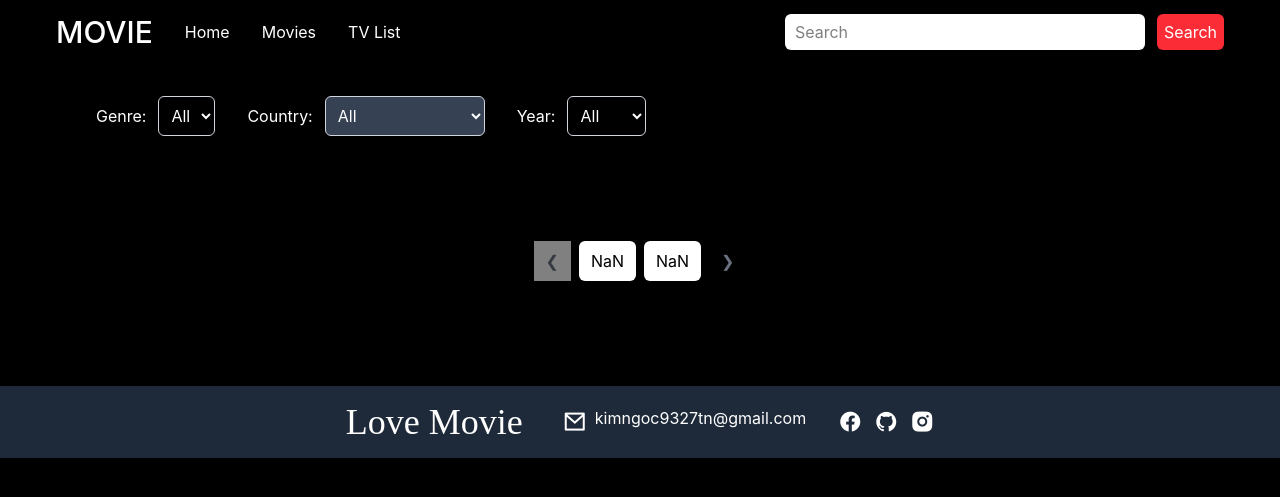
Repository: kimngoc9327/Love_Movie_Project
Page: /search
The author's editor kept a copy of each file at every save. The page is drawn from the files as they stood at one save, then again after the next save.
The browser window is 1280 px wide. The pictures show the whole page.
The page's requests for data from a server got no answer. The project was rebuilt for these pictures with package versions that can differ from the ones it lists, and the page was loaded fresh each time. No one was signed in, and anything a server would have sent is missing. Also part of the build but not shown: vite.config.js, src/components/ui/VoteAverage.jsx, src/components/ui/MovieCard.jsx, src/components/ui/MovieList.jsx, src/components/ui/Banner.jsx, src/pages/Home.jsx, src/pages/MovieCategory.jsx, src/components/ui/PlayTrailerButton.jsx and 6 more.

Above is the page before, as saved 2025-03-29 18:13:10.

### index.html
<!DOCTYPE html>
<html lang="en">
  <head>
    <meta charset="UTF-8" />
    <link rel="icon" type="image/svg+xml" href="/love-movie-logo.ico" />
    <meta name="viewport" content="width=device-width, initial-scale=1.0" />
    <title>Love Movie</title>
  </head>
  <body>
    <div id="root"></div>
    <script type="module" src="/src/main.jsx"></script>
  </body>
</html>

### src/main.jsx
import { createRoot } from "react-dom/client";
import "./index.css";
import App from "./App.jsx";
import { store } from "./redux/store";
import { Provider } from "react-redux";
import { BrowserRouter } from "react-router-dom";

createRoot(document.getElementById("root")).render(
  <BrowserRouter>
    <Provider store={store}>
      <App />
    </Provider>
  </BrowserRouter>
);

### src/index.css
@import "tailwindcss";
@import "remixicon/fonts/remixicon.css";

:root {
  font-family: Inter, system-ui, Avenir, Helvetica, Arial, sans-serif;
  background-color: black;
}

/* a {
  font-weight: 500;
  color: #646cff;
  text-decoration: inherit;
}
a:hover {
  color: #535bf2;
}

body {
  margin: 0;
  display: flex;
  place-items: center;
  min-width: 320px;
  min-height: 100vh;
}

h1 {
  font-size: 3.2em;
  line-height: 1.1;
}

button {
  border-radius: 8px;
  border: 1px solid transparent;
  padding: 0.6em 1.2em;
  font-size: 1em;
  font-weight: 500;
  font-family: inherit;
  background-color: #1a1a1a;
  cursor: pointer;
  transition: border-color 0.25s;
}
button:hover {
  border-color: #646cff;
}
button:focus,
button:focus-visible {
  outline: 4px auto -webkit-focus-ring-color;
}

@media (prefers-color-scheme: light) {
  :root {
    color: #213547;
    background-color: #ffffff;
  }
  a:hover {
    color: #747bff;
  }
  button {
    background-color: #f9f9f9;
  }
} */

### src/App.jsx
import { Route, Routes } from "react-router-dom";
import publicRoutes from "./routes";
import DefaultLayout from "./components/layout/DefaultLayout";
import { Fragment } from "react";
function App() {
  return (
    <>
      <Routes>
        {publicRoutes.map((route, index) => {
          const Page = route.component;
          let Layout = DefaultLayout;
          if (route.layout) {
            Layout = route.layout;
          } else if (route.layout === null) {
            Layout = Fragment;
          }
          return (
            <Route
              key={index}
              path={route.path}
              element={
                <Layout>
                  <Page />
                </Layout>
              }
            />
          );
        })}
      </Routes>
    </>
  );
}

export default App;

### src/redux/store.jsx
import { createStore, applyMiddleware } from "redux";
import { rootReducer } from "./rootReducer";
import { thunk } from "redux-thunk";

const store = createStore(rootReducer, applyMiddleware(thunk));

export { store };

### src/routes/index.jsx
import DefaultLayout from "../components/layout/DefaultLayout";
import Home from "../pages/Home";
import MovieCategory from "../pages/MovieCategory";
import Movie from "../pages/Movie";
import MovieGenre from "../pages/MovieGenre";
import SearchMovie from "../pages/SearchMovie";
// import SearchMovie from "../pages/SearchMovie";

const publicRoutes = [
  { path: "/", component: Home, layout: DefaultLayout },
  { path: "/genre", component: MovieGenre, layout: DefaultLayout },
  { path: "/movieCategory", component: MovieCategory, layout: DefaultLayout },
  { path: "/movie", component: Movie, layout: DefaultLayout },
  { path: "/search", component: SearchMovie, layout: DefaultLayout },
];

export default publicRoutes;

### src/components/layout/DefaultLayout.jsx
import Header from "./Header";
import Footer from "./Footer";
import PropTypes from "prop-types";

function DefaultLayout({ children }) {
  return (
    <div>
      <Header />
      <div>{children}</div>
      <Footer />
    </div>
  );
}

DefaultLayout.propTypes = {
  children: PropTypes.any,
};

export default DefaultLayout;

### src/redux/rootReducer.jsx
import { combineReducers } from "redux";
import movieReducer from "./reducer/movieReducer";

export const rootReducer = combineReducers({
  movieReducer,
});

### src/pages/SearchMovie.jsx
import { useEffect, useState } from "react";
import { useDispatch, useSelector } from "react-redux";
import { useLocation, useNavigate } from "react-router-dom";
import { searchMovie } from "../redux/actions/movieActions";
import MovieCard from "../components/ui/MovieCard";
import { POSTER_PATH } from "../constants/constants";
import PaginationButton from "../components/ui/PaginationButton";
import MovieFilterBar from "../components/ui/MovieFilterBar";

function SearchMovie() {
  const dispatch = useDispatch();
  const location = useLocation();
  const navigate = useNavigate();

  const queryParams = new URLSearchParams(location.search);
  const query = queryParams.get("query");
  const movies = useSelector((state) => state.movieReducer.search);
  const [page, setPage] = useState(1);

  useEffect(() => {
    if (query) {
      const params = {
        page: page,
        query: query,
      };
      dispatch(searchMovie(params));
    }
  }, [dispatch, query, page]);

  useEffect(() => {
    console.log(movies);
  });

  const totalPages = movies?.total_pages;

  const handleSelectMovie = (id) => {
    navigate(`/movie?id=${id}`);
  };

  return (
    <div className="flex flex-col items-center  m-24 ">
      <MovieFilterBar />

      <div className="grid grid-cols-4 gap-8  my-12">
        {movies?.results
          ?.filter((movie) => movie.title && movie.poster_path)
          .map((movie) => (
            <div onClick={() => handleSelectMovie(movie?.id)} key={movie.id}>
              <MovieCard
                title={movie?.title}
                poster={POSTER_PATH + movie?.poster_path}
                vote={Number(movie?.vote_average.toFixed(2))}
              />
            </div>
          ))}
      </div>
      <PaginationButton
        currentPage={page}
        onPageChange={setPage}
        totalPages={totalPages}
      />
    </div>
  );
}

export default SearchMovie;

### src/components/layout/Header.jsx
import { Link } from "react-router-dom";
import MovieDropdown from "../ui/MovieDropdown";
import SearchInput from "../ui/SearchInput";

const Header = () => {
  return (
    <div className="flex fixed z-50 w-screen top-0 items-center text-white p-[24px] h-[64px] bg-black">
      <div className="flex space-x-8 items-center ml-8">
        <Link to="/">
          <p className="hover:text-red-500 font-medium text-3xl">MOVIE</p>
        </Link>
        <Link to="/">
          <p className="hover:text-red-500 text-base">Home</p>
        </Link>
        <MovieDropdown />
        <p className="hover:text-red-500  text-base">TV List</p>
      </div>
      <SearchInput />
    </div>
  );
};

export default Header;

### src/components/layout/Footer.jsx
function Footer() {
  return (
    <div className="flex space-x-10 mt-12 p-4 items-center justify-center text-white bg-gray-800">
      <p className="font-[fantasy] text-4xl ">Love Movie</p>
      <div className="flex space-x-8">
        <div className="space-y-3">
          <div className="flex space-x-2">
            <i className="ri-mail-line text-2xl"></i>{" "}
            <p>kimngoc9327tn@gmail.com</p>
          </div>
        </div>
        <div className="flex space-x-3">
          <i className="ri-facebook-circle-fill  text-2xl"></i>
          <i className="ri-github-fill  text-2xl"></i>
          <i className="ri-instagram-fill  text-2xl"></i>
        </div>
      </div>
    </div>
  );
}

export default Footer;

### src/redux/reducer/movieReducer.jsx
import {
  GET_GENRE_MOVIE,
  GET_MOVIE,
  GET_MOVIE_COLLECTION,
  GET_MOVIE_DISCOVER,
  GET_MOVIES,
  SEARCH_MOVIE,
} from "../types";

const initialState = {
  movies: {},
  genres: {},
  search: {},
  collection: null,
  currentMovie: null,
};

const movieReducer = (state = initialState, action) => {
  switch (action.type) {
    case GET_MOVIES:
      return {
        ...state,
        movies: { ...state.movies, [action.category]: action.payload },
      };
    case GET_MOVIE_DISCOVER:
      return { ...state, movies: action.payload };
    case GET_MOVIE_COLLECTION:
      return { ...state, collection: action.payload };
    case GET_GENRE_MOVIE:
      return { ...state, genres: action.payload };
    case SEARCH_MOVIE:
      return { ...state, search: action.payload };
    case GET_MOVIE:
      return { ...state, currentMovie: action.payload };
    default:
      return state;
  }
};

export default movieReducer;

### src/redux/actions/movieActions.jsx
import axios from "axios";
import {
  GET_MOVIES,
  GET_MOVIE,
  GET_MOVIE_DISCOVER,
  GET_GENRE_MOVIE,
  GET_MOVIE_COLLECTION,
  SEARCH_MOVIE,
} from "../types";
import { AUTH_TOKEN, BASE_URL } from "../../constants/constants";

const getMovies =
  (category, params = {}) =>
  async (dispatch) => {
    try {
      const response = await axios.get(`${BASE_URL}/movie/${category}`, {
        headers: {
          Authorization: `Bearer ${AUTH_TOKEN}`,
        },
        params: {
          ...params,
        },
      });

      dispatch({ type: GET_MOVIES, payload: response.data, category });
    } catch (error) {
      console.error(error);
    }
  };

const getMovieDiscover =
  (params = {}) =>
  async (dispatch) => {
    try {
      const response = await axios.get(`${BASE_URL}/discover/movie`, {
        headers: {
          Authorization: `Bearer ${import.meta.env.VITE_API_TOKEN}`,
        },
        params: {
          ...params,
        },
      });

      dispatch({ type: GET_MOVIE_DISCOVER, payload: response.data });
    } catch (error) {
      console.log(error);
    }
  };

const getGenreMovie = () => async (dispatch) => {
  try {
    const response = await axios.get(`${BASE_URL}/genre/movie/list`, {
      headers: {
        Authorization: `Bearer ${AUTH_TOKEN}`,
      },
    });

    dispatch({ type: GET_GENRE_MOVIE, payload: response.data });
  } catch (error) {
    console.log(error);
  }
};

const getMovieCollection = (id) => async (dispatch) => {
  try {
    const response = await axios.get(`${BASE_URL}/collection/${id}`, {
      headers: {
        Authorization: `Bearer ${AUTH_TOKEN}`,
      },
    });
    dispatch({ type: GET_MOVIE_COLLECTION, payload: response.data });
  } catch (error) {
    console.log(error);
  }
};

const searchMovie =
  (params = {}) =>
  async (dispatch) => {
    try {
      const response = await axios.get(`${BASE_URL}/search/movie`, {
        headers: {
          Authorization: `Bearer ${AUTH_TOKEN}`,
        },
        params: {
          ...params,
        },
      });

      dispatch({ type: SEARCH_MOVIE, payload: response.data });
    } catch (error) {
      console.log(error);
    }
  };

const getMovie = (id) => async (dispatch) => {
  try {
    const response = await axios.get(`${BASE_URL}/movie/${id}`, {
      headers: {
        Authorization: `Bearer ${AUTH_TOKEN}`,
      },
      params: {
        append_to_response: "videos,translations,casts",
        language: "en-US",
      },
    });

    dispatch({ type: GET_MOVIE, payload: response.data });
  } catch (error) {
    console.log(error);
  }
};

export {
  getMovies,
  getMovie,
  getMovieDiscover,
  getGenreMovie,
  getMovieCollection,
  searchMovie,
};

### src/constants/constants.jsx
export const API_KEY = import.meta.env.VITE_API_KEY;
export const AUTH_TOKEN = import.meta.env.VITE_API_TOKEN;
export const DEFAULT_IMAGE =
  "https://www.themoviedb.org/assets/2/v4/glyphicons/basic/glyphicons-basic-38-picture-grey-c2ebdbb057f2a7614185931650f8cee23fa137b93812ccb132b9df511df1cfac.svg";
export const POSTER_PATH = `https://image.tmdb.org/t/p/w500`;
export const BACKDROP_PATH = `https://image.tmdb.org/t/p/original`;
export const BASE_URL = `https://api.themoviedb.org/3`;

### src/components/ui/PaginationButton.jsx
import PropTypes from "prop-types";

const PaginationButton = ({ currentPage, totalPages, onPageChange }) => {
  const getPageNumbers = () => {
    const pages = [];
    const maxPages = Math.min(totalPages, 500);

    if (maxPages <= 6) {
      for (let i = 1; i <= maxPages; i++) pages.push(i);
    } else {
      if (currentPage > 1) pages.push(1, "...");

      if (currentPage < maxPages - 1) {
        pages.push(currentPage);
        if (currentPage + 1 <= maxPages) pages.push(currentPage + 1);
        if (currentPage + 2 <= maxPages) pages.push(currentPage + 2);
      }

      if (currentPage < maxPages - 2) pages.push("...");

      pages.push(maxPages - 1, maxPages);
    }

    return pages;
  };

  return (
    <div className="flex items-center space-x-2 border rounded-md px-4 py-2">
      <button
        className={`px-3 py-2 bg-white text-gray-500 hover:cursor-pointer ${
          currentPage === 1
            ? "opacity-50 cursor-not-allowed"
            : "hover:bg-gray-200"
        }`}
        disabled={currentPage === 1}
        onClick={() => onPageChange(currentPage - 1)}
      >
        ❮
      </button>

      {getPageNumbers().map((page, index) =>
        page === "..." ? (
          <span key={index} className="px-3 py-2 text-gray-500 ">
            ...
          </span>
        ) : (
          <button
            key={index}
            className={`px-3 py-2 bg-white rounded-md hover:cursor-pointer ${
              currentPage === page
                ? "!bg-indigo-600 text-white"
                : "hover:bg-gray-200"
            }`}
            onClick={() => onPageChange(page)}
          >
            {page}
          </button>
        )
      )}

      <button
        className={`px-3 py-2 text-gray-500 hover:cursor-pointer ${
          currentPage === totalPages
            ? "opacity-50 cursor-not-allowed"
            : "hover:bg-gray-200"
        }`}
        disabled={currentPage === totalPages}
        onClick={() => onPageChange(currentPage + 1)}
      >
        ❯
      </button>
    </div>
  );
};

PaginationButton.propTypes = {
  currentPage: PropTypes.any,
  onPageChange: PropTypes.any,
  totalPages: PropTypes.any,
};

export default PaginationButton;

### src/components/ui/MovieFilterBar.jsx
import { useEffect } from "react";
import { useDispatch, useSelector } from "react-redux";
import { getGenreMovie } from "../../redux/actions/movieActions";

function MovieFilterBar() {
  const countries = [
    {
      name: "Vietnam",
      iso_3166_1: "VN",
    },
    {
      name: "South Korea",
      iso_3166_1: "KR",
    },
    {
      name: "China",
      iso_3166_1: "CN",
    },
    {
      name: "Japan",
      iso_3166_1: "JP",
    },
    {
      name: "Taiwan",
      iso_3166_1: "TW",
    },
    {
      name: "Hong Kong",
      iso_3166_1: "HK",
    },
    {
      name: "Thailand",
      iso_3166_1: "TH",
    },
    {
      name: "Indonesia",
      iso_3166_1: "ID",
    },
    {
      name: "United Kingdom",
      iso_3166_1: "GB",
    },
    {
      name: "United States",
      iso_3166_1: "US",
    },
    {
      name: "France",
      iso_3166_1: "FR",
    },
    {
      name: "India",
      iso_3166_1: "IN",
    },
  ];

  const startYear = 1975;
  const endYear = 2025;
  const years = Array.from(
    { length: endYear - startYear + 1 },
    (_, i) => startYear + i
  );

  const dispatch = useDispatch();
  const genres = useSelector((state) => state.movieReducer.genres);

  useEffect(() => {
    dispatch(getGenreMovie());
  }, [dispatch]);
  return (
    <div className="flex space-x-8 text-white w-full">
      <div className="flex space-x-3 items-center">
        <label>Genre:</label>
        <select className="border bg-black border-gray-300 rounded-md p-2">
          <option className="bg-black" value="All">
            All
          </option>
          {genres?.genres?.map((genre, index) => (
            <option className="bg-black" key={index}>
              {" "}
              {genre.name}{" "}
            </option>
          ))}
        </select>
      </div>

      <div className="flex space-x-3 items-center">
        <label>Country:</label>
        <select
          name=""
          id=""
          className="border bg-gray-700 border-gray-300 rounded-md p-2"
        >
          <option className="bg-black" value="All">
            All
          </option>
          {countries.map((country, index) => (
            <option className="bg-black" key={index} value={country.iso_3166_1}>
              {country.name}
            </option>
          ))}
        </select>
      </div>

      <div className="flex space-x-3 items-center">
        <label htmlFor="">Year:</label>
        <select className="border bg-black border-gray-300 rounded-md p-2">
          <option className="bg-black" value="All">
            All
          </option>
          {years.map((year) => (
            <option className="bg-black" key={year} value={year}>
              {year}
            </option>
          ))}
        </select>
      </div>
    </div>
  );
}

export default MovieFilterBar;

### src/components/ui/MovieDropdown.jsx
import { Menu, MenuButton, MenuItem, MenuItems } from "@headlessui/react";
import { useEffect, useState } from "react";
import { useDispatch, useSelector } from "react-redux";
import {
  getGenreMovie,
  getMovieDiscover,
} from "../../redux/actions/movieActions";
import { useNavigate } from "react-router-dom";

function MovieDropdown() {
  const [isOpen, setIsOpen] = useState(false);
  const dispatch = useDispatch();
  const navigate = useNavigate();
  const genres = useSelector((state) => state.movieReducer.genres);

  useEffect(() => {
    dispatch(getGenreMovie());
  }, [dispatch]);

  const handleGenreSelect = (genreId) => {
    dispatch(getMovieDiscover(genreId));
    navigate(`/genre?genre=${genreId}`);
    setIsOpen(false);
  };

  return (
    <div className="relative" onMouseUp={() => setIsOpen(true)}>
      <Menu>
        <MenuButton className="hover:text-red-500 text-base">Movies</MenuButton>
        {isOpen && (
          <MenuItems className="grid grid-cols-3 gap-4 absolute left-0 mt-2 w-150 p-2 origin-top-right rounded-md bg-black ring-1 z-40 focus:outline-none">
            {genres?.genres?.map((genre) => (
              <MenuItem
                id={genre.id}
                key={genre.id}
                as="div"
                className="px-4 py-2 text-white hover:bg-gray-700 cursor-pointer"
                onClick={() => handleGenreSelect(genre.id)}
              >
                {genre.name}
              </MenuItem>
            ))}
          </MenuItems>
        )}
      </Menu>
    </div>
  );
}

export default MovieDropdown;

### src/components/ui/SearchInput.jsx
// import { useEffect, useState } from "react";
// import { useDispatch, useSelector } from "react-redux";
// import { useLocation, useNavigate } from "react-router-dom";
// import { searchMovie } from "../../redux/actions/movieActions";
// import { POSTER_PATH } from "../../constants/constants";

// function SearchInput() {
//   const navigate = useNavigate();
//   const dispatch = useDispatch();
//   const location = useLocation();
//   const movies = useSelector((state) => state.movieReducer.search);
//   // const [page, setPage] = useState(1);
//   const [query, setQuery] = useState("");
//   const [showResults, setShowResults] = useState(false);

//   useEffect(() => {
//     const timer = setTimeout(() => {
//       dispatch(searchMovie({ query: query }));
//       setShowResults(true);
//     }, 500);

//     return () => clearTimeout(timer);
//   }, [dispatch, query]);

//   useEffect(() => {
//     setShowResults(false);
//   }, [location.pathname, location.search]);

//   const handleSearch = (e) => {
//     e.preventDefault();
//     navigate(`/search?query=${query}`);
//   };

//   const handleSelectMovie = (id) => {
//     navigate(`/movie?id=${id}`);
//     setShowResults(false);
//     setQuery("");
//   };

//   return (
//     <>
//       <form
//         onSubmit={handleSearch}
//         className="ml-auto mr-8  flex items-center space-x-3"
//       >
//         <input
//           className="h-[36px] w-90 text-black pl-[10px] bg-white rounded-md "
//           placeholder="Search"
//           value={query || ""}
//           onChange={(e) => setQuery(e.target.value)}
//         />
//         <button
//           type="submit"
//           className="bg-red-500 px-[7px] h-[36px] text-center rounded-md"
//         >
//           Search
//         </button>

//         {showResults && movies?.results?.length > 0 && (
//           <div className="absolute w-90 top-14 bg-black text-white mt-2 rounded-md shadow-lg p-2">
//             {movies?.results?.slice(0, 8).map((movie, index) => (
//               <div
//                 onClick={() => handleSelectMovie(movie?.id)}
//                 key={index}
//                 className=" p-2 cursor-pointer hover:bg-gray-800 flex space-x-4 items-center"
//               >
//                 <img
//                   src={POSTER_PATH + movie.poster_path}
//                   className="object-cover w-10 h-10"
//                 />
//                 <span className="text-gray-300">{movie.title}</span>
//               </div>
//             ))}
//           </div>
//         )}
//       </form>
//     </>
//   );
// }

// export default SearchInput;

import { useEffect, useState, useRef } from "react";
// import { useDispatch, useSelector } from "react-redux";
import { useLocation, useNavigate } from "react-router-dom";
// import { searchMovie } from "../../redux/actions/movieActions";
import { AUTH_TOKEN, BASE_URL, POSTER_PATH } from "../../constants/constants";
import axios from "axios";

function SearchInput() {
  const navigate = useNavigate();
  // const dispatch = useDispatch();
  const location = useLocation();
  // const movies = useSelector((state) => state.movieReducer.search);
  const [query, setQuery] = useState("");
  const [showResults, setShowResults] = useState(false);

  // Tạo ref để tham chiếu đến hộp kết quả tìm kiếm
  const resultsRef = useRef(null);

  const [suggestions, setSuggestions] = useState([]); // Thêm state cục bộ để lưu kết quả gợi ý

  useEffect(() => {
    if (query.trim() === "") {
      setSuggestions([]);
      return;
    }

    const timer = setTimeout(async () => {
      try {
        const response = await axios.get(`${BASE_URL}/search/movie`, {
          headers: {
            Authorization: `Bearer ${AUTH_TOKEN}`,
          },
          params: {
            query: query,
            include_adult: false,
            language: "en-US",
            page: 1,
          },
        });

        setSuggestions(response.data);
        setShowResults(true);
      } catch (error) {
        console.error("Lỗi khi tìm kiếm phim:", error);
        setSuggestions([]);
      }
    }, 500);

    return () => clearTimeout(timer);
  }, [query]);

  useEffect(() => {
    console.log(suggestions);
  });

  useEffect(() => {
    setShowResults(false);
  }, [location.pathname, location.search]);

  // Đóng showResults khi click ra ngoài
  useEffect(() => {
    function handleClickOutside(event) {
      if (resultsRef.current && !resultsRef.current.contains(event.target)) {
        setShowResults(false);
      }
    }

    document.addEventListener("mousedown", handleClickOutside);
    return () => document.removeEventListener("mousedown", handleClickOutside);
  }, []);

  const handleSearch = (e) => {
    e.preventDefault();
    navigate(`/search?query=${query}`);
  };

  const handleSelectMovie = (id) => {
    navigate(`/movie?id=${id}`);
    setShowResults(false);
    setQuery("");
  };

  return (
    <>
      <form
        onSubmit={handleSearch}
        className="ml-auto mr-8 flex items-center space-x-3 relative"
      >
        <input
          className="h-[36px] w-90 text-black pl-[10px] bg-white rounded-md"
          placeholder="Search"
          value={query || ""}
          onChange={(e) => setQuery(e.target.value)}
        />
        <button
          type="submit"
          className="bg-red-500 px-[7px] h-[36px] text-center rounded-md"
        >
          Search
        </button>

        {/* Hiển thị kết quả tìm kiếm */}
        {showResults && suggestions?.results?.length > 0 && (
          <div
            ref={resultsRef} // Gán ref vào hộp kết quả
            className="absolute w-90 top-14 bg-black text-white mt-2 rounded-md shadow-lg p-2"
          >
            {suggestions?.results?.slice(0, 8).map((movie, index) => (
              <div
                onClick={() => handleSelectMovie(movie?.id)}
                key={index}
                className="p-2 cursor-pointer hover:bg-gray-800 flex space-x-4 items-center"
              >
                <img
                  src={POSTER_PATH + movie.poster_path}
                  className="object-cover w-10 h-10"
                />
                <span className="text-gray-300">{movie.title}</span>
              </div>
            ))}
          </div>
        )}
      </form>
    </>
  );
}

export default SearchInput;

### src/redux/types.jsx
export const GET_MOVIES = "GET_MOVIES";
export const GET_MOVIE = "GET_MOVIE";
export const GET_GENRE_MOVIE = "GET_GENRE_MOVIE";
export const GET_MOVIE_DISCOVER = "GET_MOVIE_DISCOVER";
export const GET_MOVIE_COLLECTION = "GET_MOVIE_COLLECTION";
export const SEARCH_MOVIE = "SEARCH_MOVIE";

After the next save:
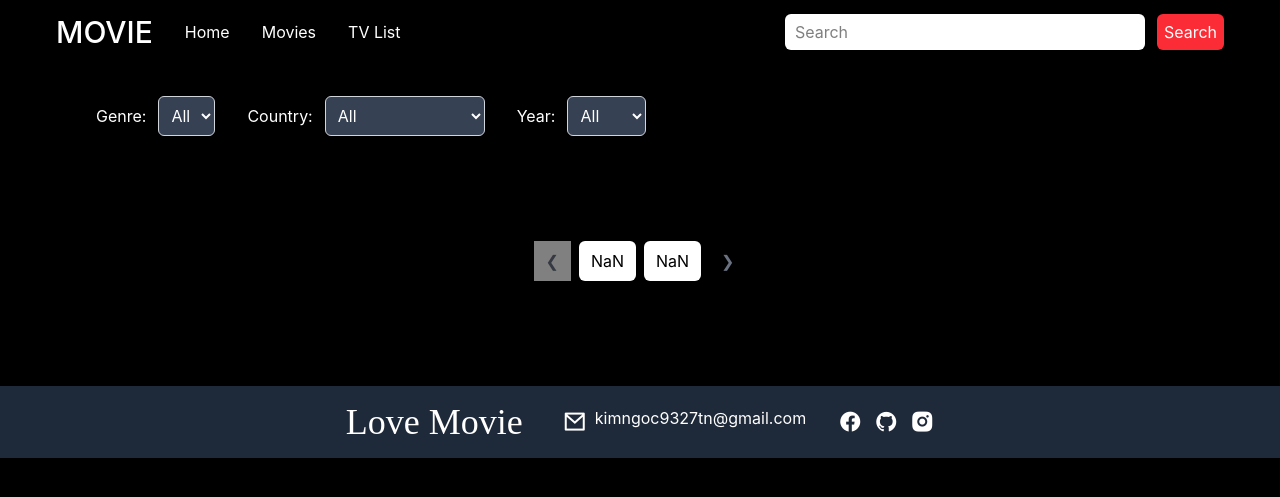
Saved 25 s later.
--- a/src/components/ui/MovieFilterBar.jsx
+++ b/src/components/ui/MovieFilterBar.jsx
@@ -71,7 +71,7 @@ function MovieFilterBar() {
     <div className="flex space-x-8 text-white w-full">
       <div className="flex space-x-3 items-center">
         <label>Genre:</label>
-        <select className="border bg-black border-gray-300 rounded-md p-2">
+        <select className="border bg-gray-700 border-gray-300 rounded-md p-2">
           <option className="bg-black" value="All">
             All
           </option>
@@ -104,7 +104,7 @@ function MovieFilterBar() {
 
       <div className="flex space-x-3 items-center">
         <label htmlFor="">Year:</label>
-        <select className="border bg-black border-gray-300 rounded-md p-2">
+        <select className="border bg-gray-700 border-gray-300 rounded-md p-2">
           <option className="bg-black" value="All">
             All
           </option>
